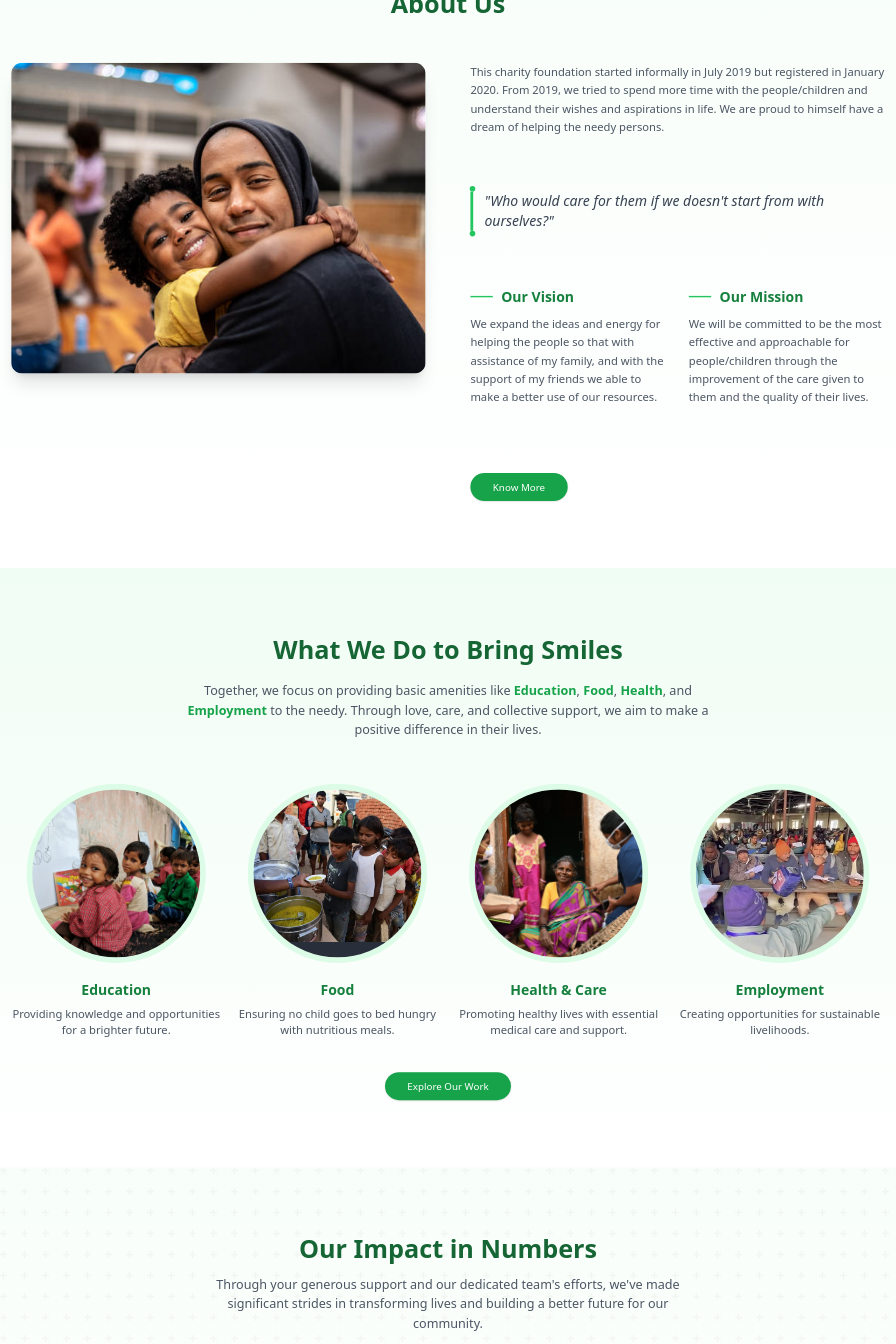
Repository: rajukumar2003/chandra-foundation
Page: /
These files come from the project's save history. The page is drawn as it stood at one moment and after the next save; the edit follows.
The browser window is 1280 px wide. The pictures show the part of the page from y = 1534 to 3454 px (the page is 7651 px tall before and 7603 px after), at 70% of full size.
The project was rebuilt for these pictures with package versions that can differ from the ones it lists, and the page was loaded fresh each time. The framework's server and built-in components were replaced by stand-ins that run in the browser. Also part of the build but not shown: next.config.ts.

Above is the page before, as saved 2024-12-18 20:29:10.

After the next save:
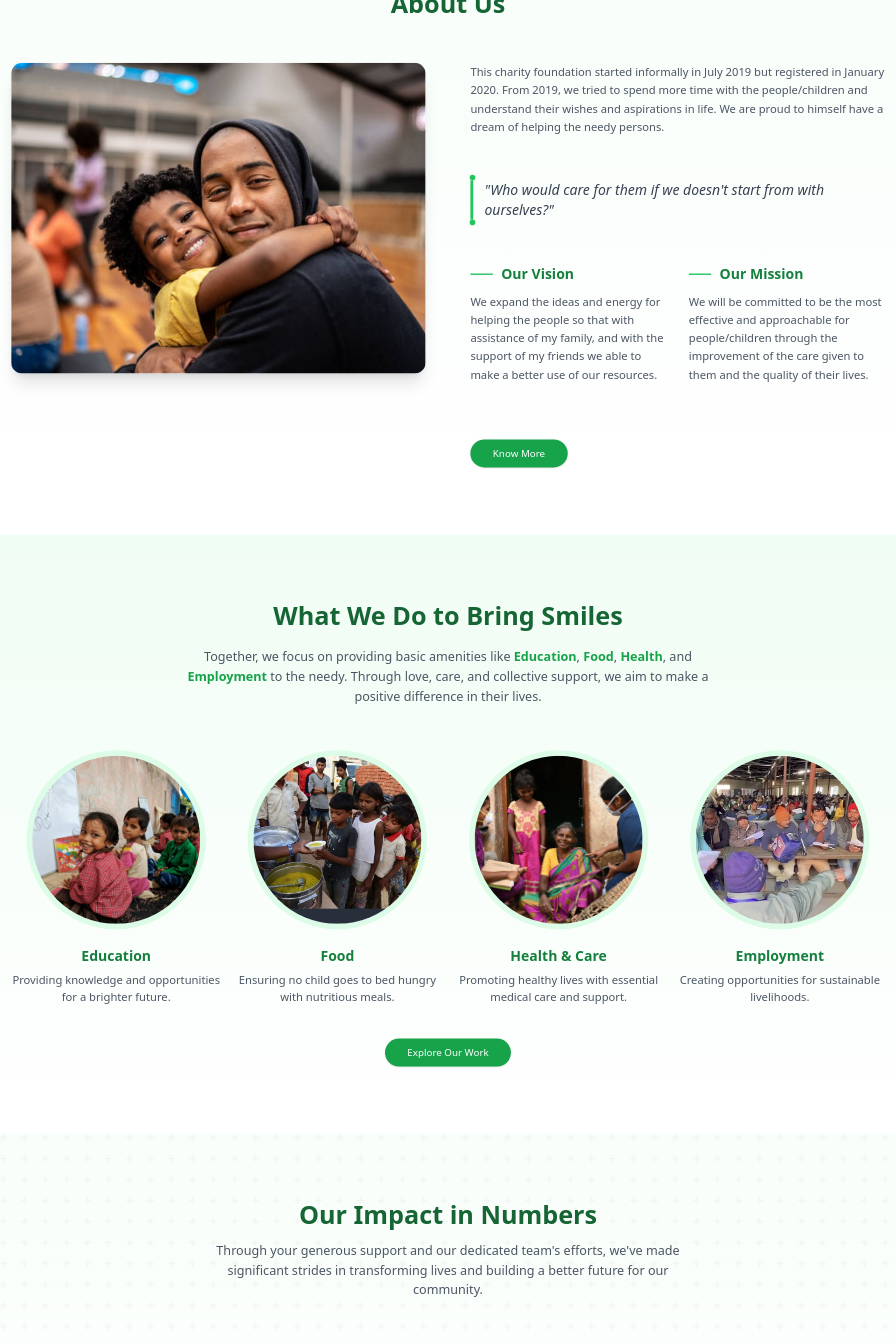
Saved 7 s later.
--- a/app/components/AboutUs.tsx
+++ b/app/components/AboutUs.tsx
@@ -27,7 +27,7 @@
           </div>
 
           {/* Right Side: Content */}
-          <div className="space-y-20">
+          <div className="space-y-16">
             <div>
               {/* <h3 className="text-2xl font-semibold text-green-700 mb-3">
                 About Us
